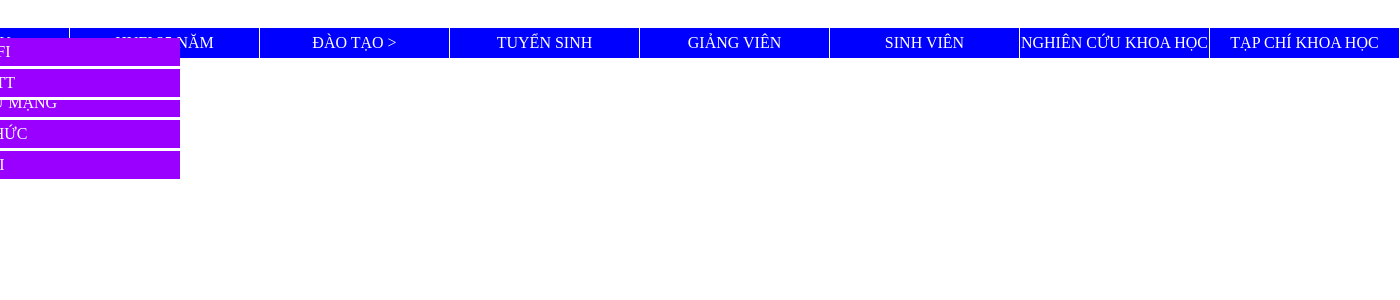
Repository: Tan-Khang21/TH_TKW--Buoi_08
Page: Bai_Tap_Tren_Lop/Bai_03/Bai_03.html
These files come from the project's save history. The page is drawn as it stood at one moment and after the next save; the edit follows.
The browser window is 1280 px wide. The page is 1400 px wide, so the pictures cover 1400 px, including what lies to the right of the window. The pictures show the whole page.

Above is the page before, as saved 2024-03-13 20:48:50.

### Bai_Tap_Tren_Lop/Bai_03/Bai_03.html
<!DOCTYPE html>
<html lang="en">
  <head>
    <meta charset="UTF-8" />
    <meta name="viewport" content="width=device-width, initial-scale=1.0" />
    <title>Document</title>
  </head>
  <link rel="stylesheet" href="style.css" />
  <body>
    <nav>
      <ul class="list1">
        <li class="list1_item">
          <a href="#">GIỚI THIỆU ></a>
          <ul class="list2">
            <li class="list2_item"><a href="#">Lịch Sử Phát Triển</a></li>
            <li class="list2_item"><a href="#">Tầm Nhìn - Sứ Mạng</a></li>
            <li class="list2_item"><a href="#">Bô Máy Tổ Chức</a></li>
            <li class="list2_item"><a href="#">Ba Công Khai</a></li>
          </ul>
        </li>
        <li class="list1_item">
          <a href="#">HUFI 35 NĂM </a>
        </li>
        <li class="list1_item">
          <a href="#"> ĐÀO TẠO ></a>
          <ul class="list2_b">
            <li class="list2_item"><a href="#">Sinh viên Hufi</a></li>
            <li style="display: flex" class="list2_item">
              <a href="#"> Sinh viên CNTT</a>
              <!-- <ul class="list3">
                <li class="list3_item"><a href="#">Khóa 09DHTH</a></li>
                <li class="list3_item"><a href="#">Khóa 10DHTH</a></li>
              </ul> -->
            </li>
          </ul>
        </li>
        <li class="list1_item">
          <a href="#"> TUYỂN SINH</a>
        </li>

        <li class="list1_item">
          <a href="#">GIẢNG VIÊN</a>
        </li>
        <li class="list1_item">
          <a href="#">SINH VIÊN </a>
        </li>
        <li class="list1_item">
          <a href="#">NGHIÊN CỨU KHOA HỌC</a>
        </li>
        <li class="list1_item">
          <a href="#">TẠP CHÍ KHOA HỌC</a>
        </li>
      </ul>
    </nav>
  </body>
</html>

### Bai_Tap_Tren_Lop/Bai_03/style.css
* {
  box-sizing: border-box;
}
nav {
  display: flex;
  justify-content: center;
}
ul {
  list-style: none;
  padding: 0;
}
.list1 {
  display: flex;
  background-color: #00f;
  margin: 20px auto;
  justify-content: space-between;
  position: relative;
}
.list1_item {
  border-right: 1px solid white;
  width: 190px;
  height: 30px;
  display: flex;
  align-items: center;
  justify-content: center;
  transition: 0.2s linear;
}
.list1_item:hover {
  background-color: #0cf;
}
.list2,
.list2_b {
  position: absolute;
  top: 30px;
  left: 0px;
  /* visibility: hidden; */
}
.list2_b {
  top: 10px;
}
.list2_item {
  width: 300px;
  background-color: #90f;
  text-transform: capitalize;
  border-bottom: 3px solid white;
  padding: 5px 10px;
}
.list1_item:hover > ul.list2 {
  visibility: visible;
}
a {
  text-decoration: none;
  color: white;
  text-transform: uppercase;
}

After the next save:
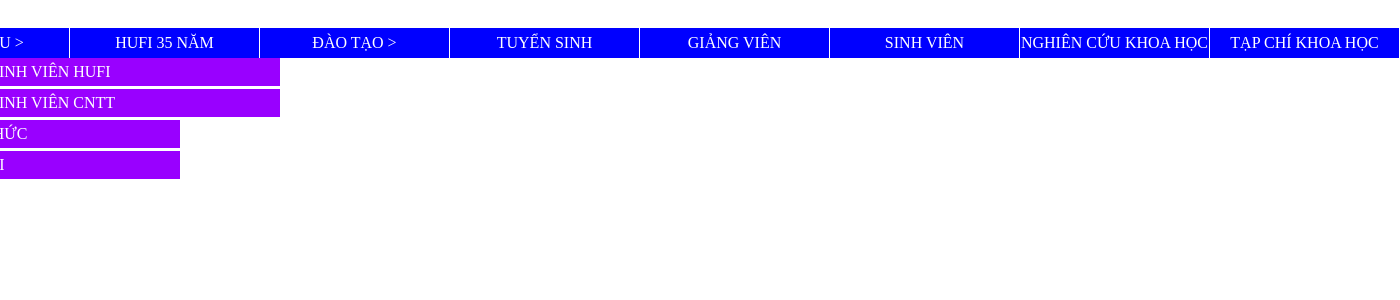
Saved 13 s later.
--- a/Bai_Tap_Tren_Lop/Bai_03/style.css
+++ b/Bai_Tap_Tren_Lop/Bai_03/style.css
@@ -36,7 +36,8 @@ ul {
   /* visibility: hidden; */
 }
 .list2_b {
-  top: 10px;
+  top: 30px;
+  left: 100px;
 }
 .list2_item {
   width: 300px;
